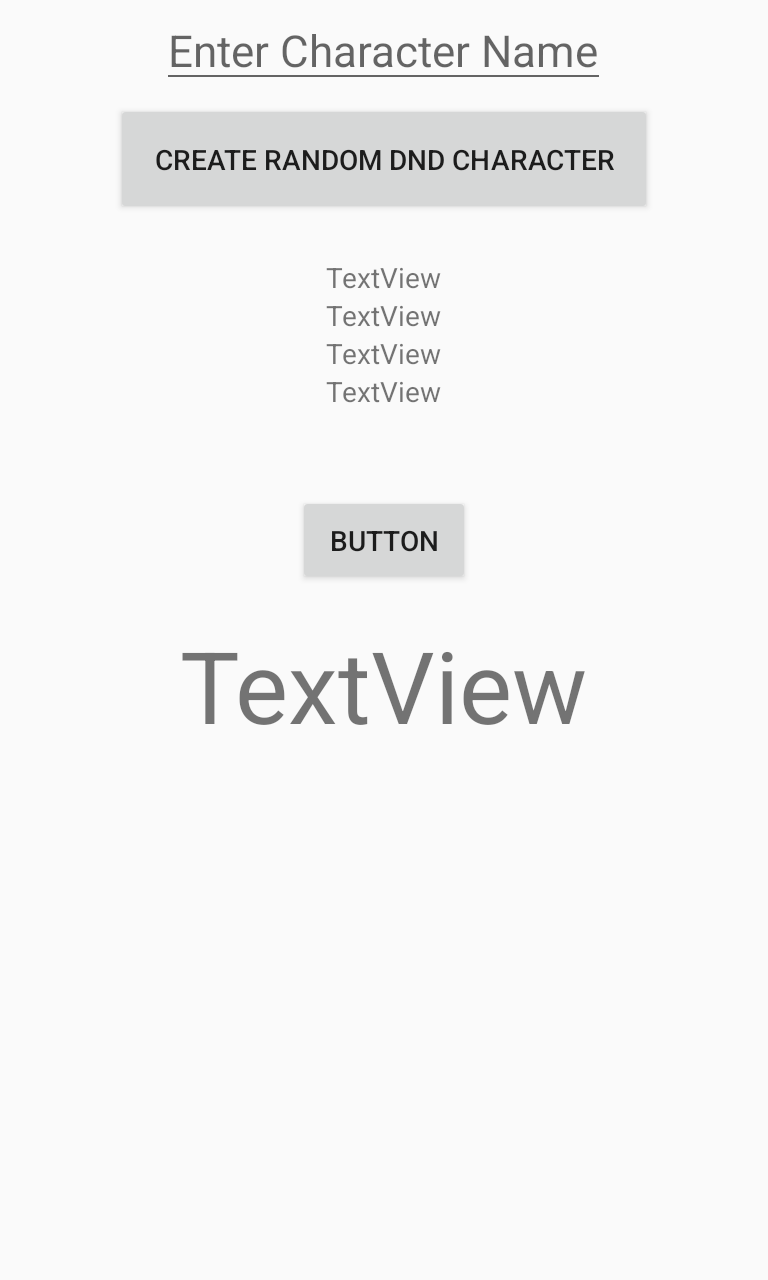
Repository: Vortelf/DnDAndroid
Layout: BuildApp/DnD/res/layout/activity_random_char.xml
An editor plug-in stored every save of this project. The layout is shown before and after the next save, followed by the edit.
It is drawn on a 768 x 1280 px phone screen (xhdpi) without system bars, with theme AppTheme; the app's code is not run.

Above is the layout before, as saved 2014-11-09 03:29:24.

### BuildApp/DnD/res/layout/activity_random_char.xml
<RelativeLayout xmlns:android="http://schemas.android.com/apk/res/android"
    xmlns:tools="http://schemas.android.com/tools"
    android:id="@+id/Char"
    android:layout_width="match_parent"
    android:layout_height="match_parent"

    tools:context="vortelf.dnd.RandomCharActivity" >

<ScrollView
    android:layout_width="match_parent"
    android:layout_height="match_parent" >

	<RelativeLayout
	    android:id="@+id/RandomScroll"
	    android:layout_width="match_parent"
	    android:layout_height="match_parent"
	    android:orientation="vertical" >

	    <EditText
	        android:id="@+id/inputCharName"
	        android:layout_width="wrap_content"
	        android:layout_height="wrap_content"
	        android:layout_centerHorizontal="true"
	        android:gravity="center_horizontal"
	        android:textSize="22sp"
	        android:hint="@string/inputCharName" />

	    <Button
	        android:id="@+id/RandomButton"
	        android:layout_width="wrap_content"
	        android:layout_height="wrap_content"
	        android:layout_alignParentTop="true"
	        android:layout_centerHorizontal="true"
	        android:layout_marginTop="50dp"
	        android:gravity="center_horizontal"
	        android:padding="20dp"
	        android:text="@string/random_button" />

	    <TextView
	        android:id="@+id/CharName"
	        android:layout_width="wrap_content"
	        android:layout_height="wrap_content"
	        android:layout_below="@+id/RandomButton"
	        android:layout_centerHorizontal="true"
	        android:layout_marginTop="20dp"
	        android:text="TextView" />

	    <TextView
	        android:id="@+id/CharStats"
	        android:layout_width="wrap_content"
	        android:layout_height="wrap_content"
	        android:layout_below="@+id/CharName"
	        android:layout_centerHorizontal="true"
	        android:text="TextView" />

	    <TextView
	        android:id="@+id/AbiMod"
	        android:layout_width="wrap_content"
	        android:layout_height="wrap_content"
	        android:layout_below="@+id/CharStats"
			android:layout_centerHorizontal="true"
	        android:text="TextView" />

	    <TextView
	        android:id="@+id/RaceNClass"
	        android:layout_width="wrap_content"
	        android:layout_height="wrap_content"
	        android:layout_below="@+id/AbiMod"
			android:layout_centerHorizontal="true"
	        android:text="TextView" />


	    <TextView
	        android:id="@+id/Roller"
	        android:layout_width="wrap_content"
	        android:layout_height="wrap_content"
	        android:layout_below="@+id/RaceNClass"
	        android:layout_centerHorizontal="true"
	        android:layout_marginTop="104dp"
	        android:text="TextView"
	        android:textSize="50sp" />



	    <Button
	        android:id="@+id/SwitchActivity"
	        android:layout_width="wrap_content"
	        android:layout_height="wrap_content"
	        android:layout_below="@+id/RaceNClass"
	        android:layout_centerHorizontal="true"
	        android:layout_marginTop="41dp"
	        android:text="Button" />

	</RelativeLayout>
</ScrollView>
</RelativeLayout>

### BuildApp/DnD/res/values/strings.xml
<?xml version="1.0" encoding="utf-8"?>
<resources>

    <string name="app_name">DnD</string>
    <string name="action_settings">About</string>
    <string name="random_button">Create Random DnD Character</string>
    <string name="inputCharName">Enter Character Name</string>
    <string name="title_activity_main">MainActivity</string>
    <string name="title_RandomSelection">Create Random Character</string>
    <string name="title_CustomSelection">Create Custom Character</string>
    <string name="title_DiceRollSelection">Dice Roller</string>
    <string name="navigation_drawer_open">Open navigation drawer</string>
    <string name="navigation_drawer_close">Close navigation drawer</string>
    <string name="action_example">Example action</string>
    <string name="title_activity_custom_char">CustomCharActivity</string>
    <string name="hello_world">Hello world!</string>
    <string name="title_activity_dice_roll">DiceRollActivity</string>
    <string name="extend">This is something that is supposed to be very long and extendive</string>
    <string name="title_section1">Selection 1</string>
    <string name="title_section2">Selection 2</string>
    <string name="title_section3">Selection 3</string>
    <string name="title_activity_about"></string>
    <string name="about_foot">Made for HackFMI 4</string>
    <string name="AppName">Dungeons and Dragons</string>

</resources>

Loaded but not shown: BuildApp/DnD/res/values/styles.xml (common file); BuildApp/DnD/res/values-v11/styles.xml (common file); BuildApp/DnD/res/values-v14/styles.xml (common file)

After the next save:
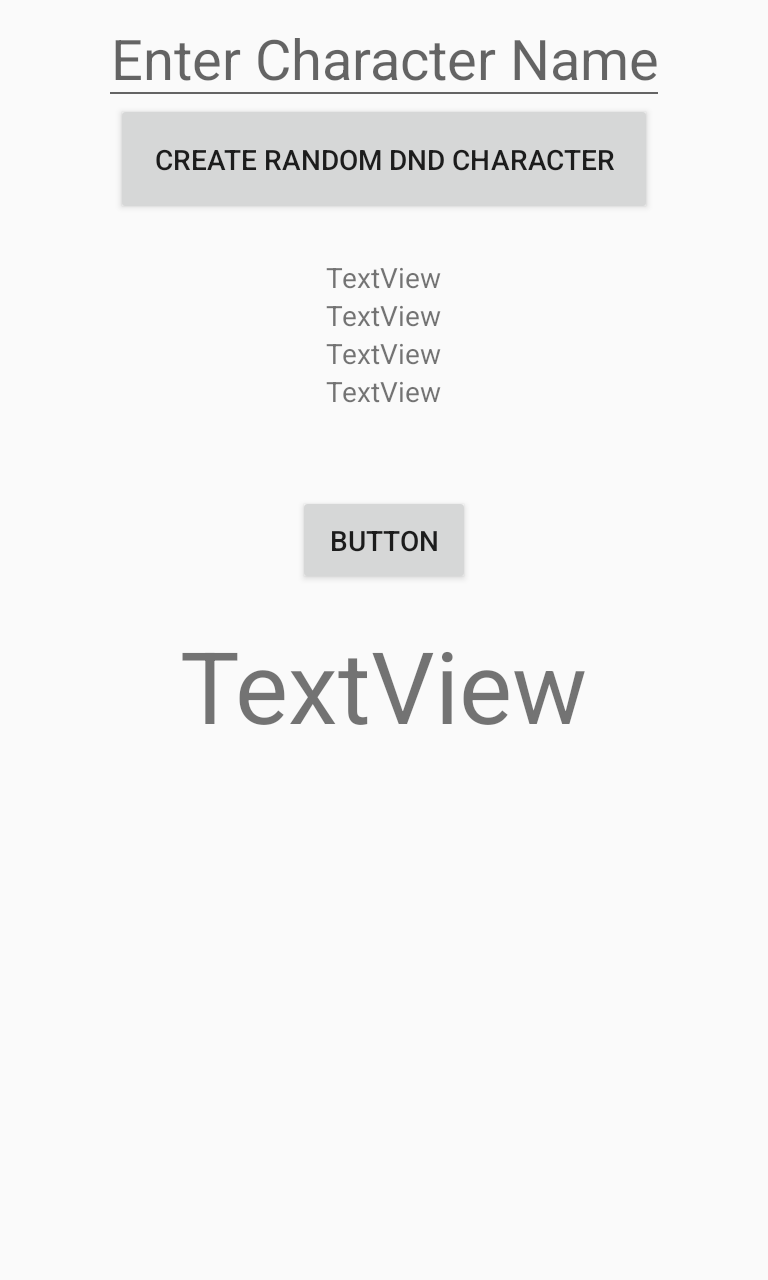
Saved 42 s later.
--- a/BuildApp/DnD/res/layout/activity_random_char.xml
+++ b/BuildApp/DnD/res/layout/activity_random_char.xml
@@ -22,7 +22,7 @@
 	        android:layout_height="wrap_content"
 	        android:layout_centerHorizontal="true"
 	        android:gravity="center_horizontal"
-	        android:textSize="22sp"
+	        android:textSize="28sp"
 	        android:hint="@string/inputCharName" />
 
 	    <Button
